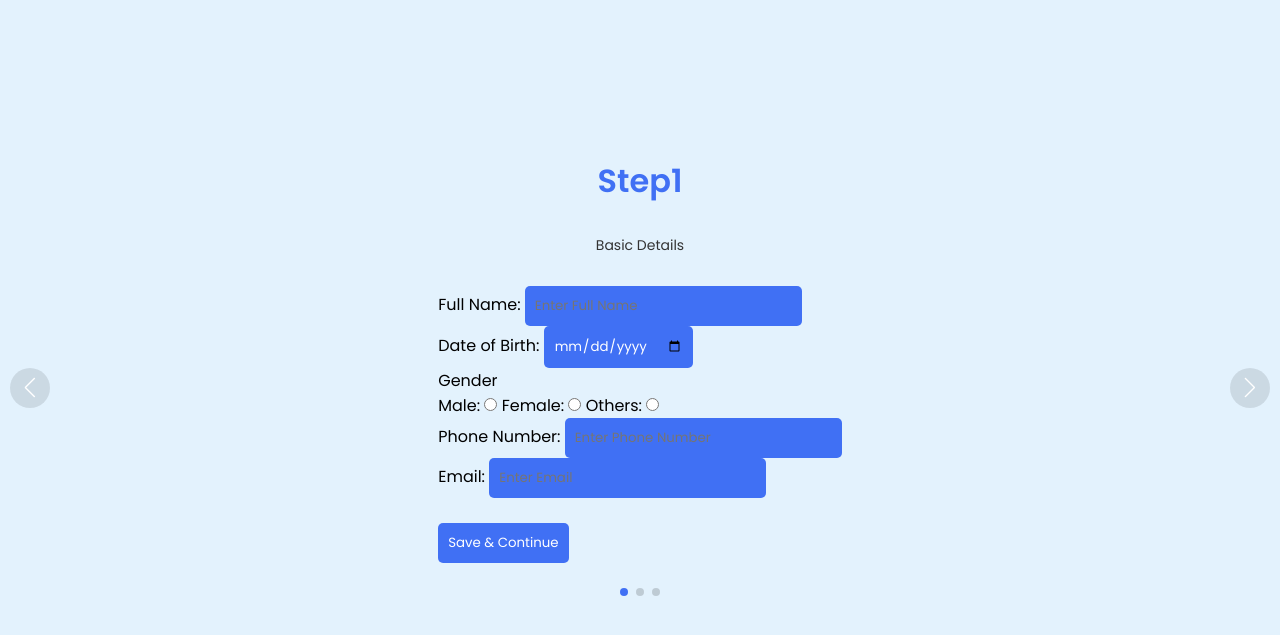
Repository: Habeebur1493/-22-multi-step-form
Page: index.html
The author's editor kept a copy of each file at every save. The page is drawn from the files as they stood at one save, then again after the next save.
The browser window is 1280 px wide. The pictures show the whole page.

Above is the page before, as saved 2024-10-13 13:14:14.

### index.html
<!DOCTYPE html>
<html lang="en">
  <head>
    <meta charset="UTF-8" />
    <meta http-equiv="X-UA-Compatible" content="IE=edge" />
    <meta name="viewport" content="width=device-width, initial-scale=1.0" />
    <title>Responsive Testimonial Slider</title>

    <!-- Swiper CSS -->
    <link rel="stylesheet" href="css/swiper-bundle.min.css" />

    <!-- CSS -->
    <link rel="stylesheet" href="css/style.css" />

    <!-- Boxicons CSS -->
    <link
      href="https://unpkg.com/boxicons@2.1.2/css/boxicons.min.css"
      rel="stylesheet"
    />
  </head>
  <body>
    <section class="container">
      <div class="testimonial mySwiper">
        <div class="testi-content swiper-wrapper">
          <div class="slide swiper-slide">
            <h1>Step1</h1>
            <p>Basic Details</p>
            <form action="">
              Full Name:
              <input type="text" placeholder="Enter Full Name" />
              <br>
              Date of Birth:
              <input type="date" placeholder="Date of Birth" />
              <br>
              Gender
              <br>
              Male:
              <input type="radio" name="Gender:" id="">
              Female:
              <input type="radio" name="Gender:" id="">
              Others:
              <input type="radio" name="Gender:" id="">
              <br>
              Phone Number:
              <input type="number" placeholder="Enter Phone Number" />
              <br>
              Email:
              <input type="email" placeholder="Enter Email" />
              <br>
              <br>
              <button type="save">Save & Continue</button>
            </form>
          </div>
          <div class="slide swiper-slide">
            <h1>Step2</h1>
            <p>Medical Fitness</p>
           <form action="">
              Height:
              <input type="number" placeholder="Enter Height" />
              <br>
              Weight:
              <input type="number" placeholder="Enter Weight" />
              <br>
              Blood Group:
              <select name="Blood Group" id="">
                <option value="A+">A+</option>
                <option value="A-">A-</option>
                <option value="B+">B+</option>
                <option value="B-">B-</option>
                <option value="AB+">AB+</option>
                <option value="AB-">AB-</option>
                <option value="O+">O+</option>
                <option value="O-">O-</option>
              </select>
              <br>
              Eye Power:
              <input type="range" min="0" max="100" step="10" value="50"  id="slider"/>
              <br>
              <br>
              <button type="save">Save & Continue</button>
           </form>
          </div>

          <div class="slide swiper-slide">

            <h1>Step3</h1>
            <p>Personal Details</p>
            <form action="">
              Address:
              <input type="text" placeholder="Enter Address" />
              <br>
              Pincode:
              <input type="number" placeholder="Enter Pincode" />
              <br>
              State:
              <select name="State" id="">
                <option value="Tamil Nadu">Tamil Nadu</option>
                <option value="Maharastra">Maharastra</option>
                <option value="Kerala">Kerala</option>
                <option value="Andra Pradesh">Andra Pradesh</option>
                <option value="Madhya Pradesh">Madhya Pradesh</option>
                <option value="Odisa">Odisa</option>
                <option value="Telengana">Telengana</option>
                <option value="Gujarat">Gujarat</option>
                <option value="Uttar Pradesh">Uttar Pradesh</option>
                <option value="Haryana">Haryana</option>
                <option value="Punjab">Punjab</option>
                <option value="Rajasthan">Rajasthan</option>
              </select>
              <br>
              City:
              <select name="City" id="">
                <option value="Chennai">Chennai</option>
                <option value="Madurai">Madurai</option>
                <option value="Trichy">Trichy</option>
                <option value="Coimbatore">Coimbatore</option>
                <option value="Salem">Salem</option>
                <option value="Nagercoil">Nagercoil</option>
                <option value="Vellore">Vellore</option>
                <option value="Kanchipuram">Kanchipuram</option>
                <option value="Tirunelveli">Tirunelveli</option>
              </select>
              <br>
              Feedback:
              <input type="text" placeholder="Enter Feedback" />
              <br>
              <br>
              <button type="save">Save & Continue</button>
            </form>
          </div>
        </div>
        <div class="swiper-button-next nav-btn"></div>
        <div class="swiper-button-prev nav-btn"></div>
        <div class="swiper-pagination"></div>
      </div>
    </section>

    <!-- Swiper JS -->
    <script src="js/swiper-bundle.min.js"></script>

    <!-- JavaScript -->
    <script src="js/script.js"></script>
  </body>
</html>

### css/style.css
/* Google Fonts - Poppins */
@import url("https://fonts.googleapis.com/css2?family=Poppins:wght@300;400;500;600&display=swap");

* {
  margin: 0;
  padding: 0;
  box-sizing: border-box;
  font-family: "Poppins", sans-serif;
}
.container {
  height: 100vh;
  width: 100%;
  display: flex;
  align-items: center;
  justify-content: center;
  background-color: #e3f2fd;
}
.testimonial{
  position: relative;
  max-width: 1400px;
  width: 100%;
  padding: 50px 0;
  overflow: hidden;
}

.testimonial .slide {
  display: flex;
  align-items: center;
  justify-content: center;
  flex-direction: column;
  row-gap: 30px;
  height: 100%;
  width: 100%;
}
.slide p {
  text-align: center;
  padding: 0 160px;
  font-size: 14px;
  font-weight: 400;
  color: #333;
}
.slide h1 {
  font-size: 32px;
  font-weight: 600;
  color: #4070f4;
}

.slide input {
  padding: 10px;
  border-radius: 5px;
  border: none;
  outline: none;
  background-color: #4070f4;
  color: #fff;
  cursor: pointer;
  transition: 0.3s;
}
.slide input:hover {
  background-color: #0e4bf1;
}

.slide button {
  padding: 10px;
  border-radius: 5px;
  border: none;
  outline: none;
  background-color: #4070f4;
  color: #fff;
  cursor: pointer;
  transition: 0.3s;
}
.slide button:hover {
  background-color: #0e4bf1;
}



.slide .quote-icon {
  font-size: 30px;
  color: #4070f4;
}
.slide .details {
  display: flex;
  flex-direction: column;
  align-items: center;
}
.details .name {
  font-size: 14px;
  font-weight: 600;
  color: #333;
}
.details .job {
  font-size: 12px;
  font-weight: 400;
  color: #333;
}
/* swiper button css */
.nav-btn {
  height: 40px;
  width: 40px;
  border-radius: 50%;
  transform: translateY(30px);
  background-color: rgba(0, 0, 0, 0.1);
  transition: 0.2s;
}
.nav-btn:hover {
  background-color: rgba(0, 0, 0, 0.2);
}
.nav-btn::after,
.nav-btn::before {
  font-size: 20px;
  color: #fff;
}
.swiper-pagination-bullet {
  background-color: rgba(0, 0, 0, 0.8);
}
.swiper-pagination-bullet-active {
  background-color: #4070f4;
}
@media screen and (max-width: 768px) {
  .slide p {
    padding: 0 20px;
  }
  .nav-btn {
    display: none;
  }
}

### js/script.js
var swiper = new Swiper(".mySwiper", {
  slidesPerView: 1,
  grabCursor: true,
  loop: true,
  pagination: {
    el: ".swiper-pagination",
    clickable: true,
  },
  navigation: {
    nextEl: ".swiper-button-next",
    prevEl: ".swiper-button-prev",
  },
});

Loaded but not shown: css/swiper-bundle.min.css (library); js/swiper-bundle.min.js (library)

After the next save:
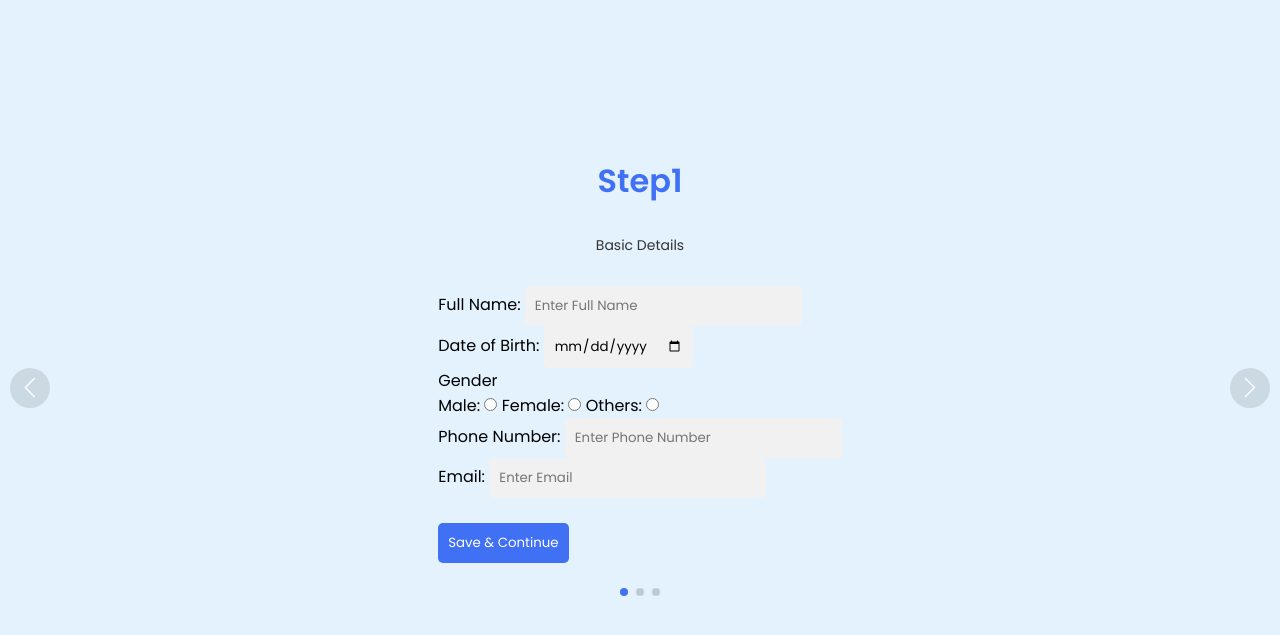
Saved 14 s later.
--- a/css/style.css
+++ b/css/style.css
@@ -50,13 +50,7 @@
   border-radius: 5px;
   border: none;
   outline: none;
-  background-color: #4070f4;
-  color: #fff;
-  cursor: pointer;
-  transition: 0.3s;
-}
-.slide input:hover {
-  background-color: #0e4bf1;
+  background-color: #f1f1f1;
 }
 
 .slide button {
